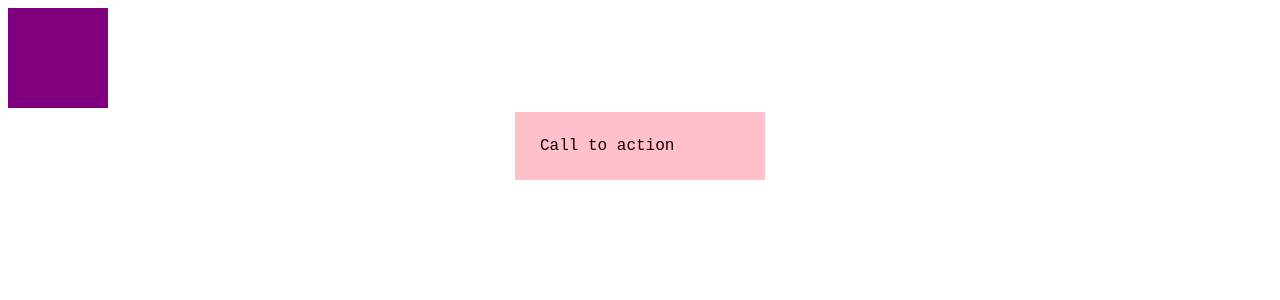
Repository: 16-Doffy/howtouse-htmlcss
Page: center_code/index.html
These files come from the project's save history. The page is drawn as it stood at one moment and after the next save; the edit follows.
The browser window is 1280 px wide. The pictures show the whole page.

Above is the page before, as saved 2024-12-18 23:56:31.

### center_code/index.html
<!DOCTYPE html>
<html lang="en">

<head>
    <meta charset="UTF-8">
    <meta name="viewport" content="width=device-width, initial-scale=1.0">
    <link rel="stylesheet" href="styles.css">
    <title>Code Center</title>
</head>

<body>

        <div class="boxed"></div>
    <div class="button">Call to action</div>
</body>

</html>

### center_code/styles.css
.boxed{
  width: 100px;
  height: 100px;
  background-color: purple;
  display: inline-block;
  position: relative;
  transform: translateX(100%,0);

}
.boxed-parent{
  text-align: center;
}
.button{
  padding: 25px;
  font-family: 'Courier New', Courier, monospace;
  color: rgb(17, 0, 0);
  background-color: pink;
  display: block;
  max-width: 200px;
  margin: 0 auto;
}

After the next save:
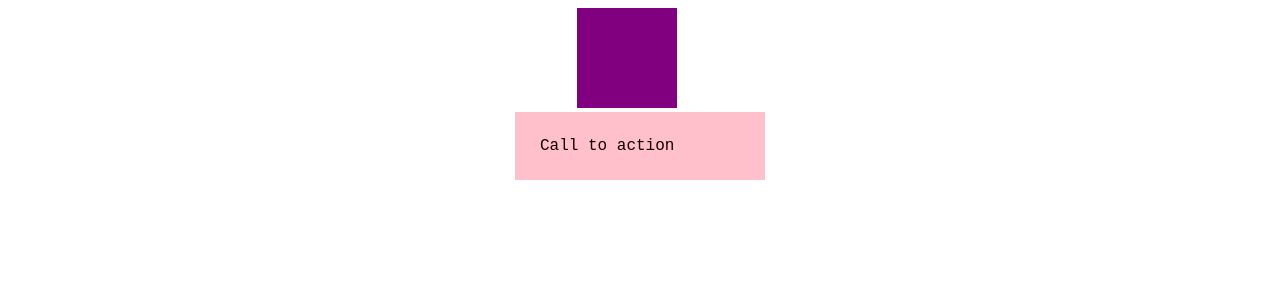
Saved 50 s later.
--- a/center_code/styles.css
+++ b/center_code/styles.css
@@ -4,7 +4,7 @@
   background-color: purple;
   display: inline-block;
   position: relative;
-  transform: translateX(100%,0);
+  margin-left: 45%;
 
 }
 .boxed-parent{
